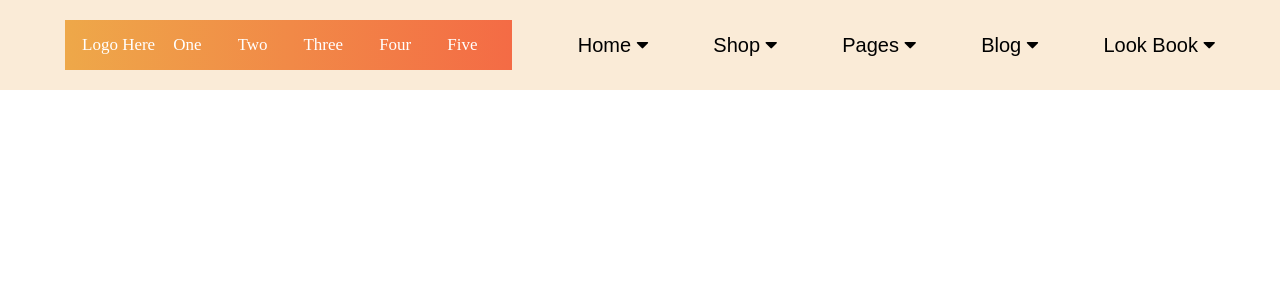
Repository: MorgunovaAlexandra/beauti
Page: index.html
The author's editor kept a copy of each file at every save. The page is drawn from the files as they stood at one save, then again after the next save.
The browser window is 1280 px wide. The pictures show the whole page.

Above is the page before, as saved 2022-08-24 13:55:33.

### index.html
<!DOCTYPE html>
<html lang="en">
<head>
    <meta charset="UTF-8">
    <meta http-equiv="X-UA-Compatible" content="IE=edge">
    <meta name="viewport" content="width=device-width, initial-scale=1.0">
    <link rel="stylesheet" href="./style.css">
    <link rel="stylesheet" href="https://cdnjs.cloudflare.com/ajax/libs/font-awesome/4.7.0/css/font-awesome.min.css">
    <title>Document</title>
</head>
<body>
    <div class="wrapper">
        <header class="header">
            <div class="header-container _container">
            <nav class="header-nav">
                 <section class="top-nav">
    <div>
      Logo Here
    </div>
    <input id="menu-toggle" type="checkbox" />
    <label class='menu-button-container' for="menu-toggle">
    <div class='menu-button'></div>
  </label>
    <ul class="menu">
      <li>One</li>
      <li>Two</li>
      <li>Three</li>
      <li>Four</li>
      <li>Five</li>
    </ul>
  </section>
                <div class="dropdown">
                    <button class="dropbtn">Home
                      <i class="fa fa-caret-down faa"></i>
                    </button>
                    <div class="dropdown-content">
                      <a href="#">Link 1</a>
                      <a href="#">Link 2</a>
                      <a href="#">Link 3</a>
                    </div>
                  </div>
                  <div class="dropdown">
                    <button class="dropbtn">Shop
                      <i class="fa fa-caret-down faa"></i>
                    </button>
                    <div class="dropdown-content">
                      <a href="#">Link 1</a>
                      <a href="#">Link 2</a>
                      <a href="#">Link 3</a>
                      <a href="#">Link 1</a>
                      <a href="#">Link 2</a>
                      <a href="#">Link 3</a>
                    </div>
                  </div>
                  <div class="dropdown">
                    <button class="dropbtn">Pages
                      <i class="fa fa-caret-down faa"></i>
                    </button>
                    <div class="dropdown-content">
                      <a href="#">Link 1</a>
                      <a href="#">Link 2</a>
                      <a href="#">Link 3</a>
                    </div>
                  </div>
                  <div class="dropdown">
                    <button class="dropbtn">Blog
                      <i class="fa fa-caret-down faa"></i>
                    </button>
                    <div class="dropdown-content">
                      <a href="#">Link 1</a>
                      <a href="#">Link 2</a>
                      <a href="#">Link 3</a>
                    </div>
                  </div>
                  <div class="dropdown">
                    <button class="dropbtn">Look Book
                      <i class="fa fa-caret-down faa"></i>
                    </button>
                    <div class="dropdown-content">
                      <a href="#">Link 1</a>
                      <a href="#">Link 2</a>
                      <a href="#">Link 3</a>
                    </div>
                  </div>
            </nav>
            </div>
        </header>
    </div>
</body>
</html>

### style.css
* {
	margin: 0;
	padding: 0;
	border: 0;
	box-sizing: border-box;
}
:before,:after{
	padding: 0;
	margin: 0;
	border: 0;
	box-sizing: border-box;
}
html,body{
	height: 100%;
    font-family: 'SofiaProRegular';
	font-size: 18px;
	font-weight: 400;
}

.wrapper{
	width: 100%;
	overflow: hidden;

}
._container{
	max-width: 1170px;
	margin: 0px auto;
	padding: 0px 10px;
}
._container{
	max-width: 1170px;
	margin: 0px auto;
	padding: 0px 10px;
}
/*--------------------------*/
.header {
	font-family: 'TTCommons-Medium';
	position: absolute;/*---------изменено-----------------*/
	width: 100%;
	top: 0;
	left: 0;
	z-index: 50;
	font-size: 17px;
    height: 90px;
    background-color: antiquewhite;

}
.menu-list{
    display: flex;
    justify-content: center;
    align-items: center;
    height: 90px;

}

a{
   position: relative;
    text-decoration: none;
    color:rgb(37, 37, 37);
    margin-left: 40px;
}
.header-nav{
    display: flex;
    justify-content: space-between;
    align-items: center;
    height: 90px;
}
.faa:hover{
    animation: move .3s ease-in;
    transform: rotate(180deg) scaleX(-1);
}
@keyframes move {
    from {
        transform: rotate(0deg) scaleX(-1);

    }
    50% {transform: rotate(90deg) scaleX(-1);}
    to {
        transform: rotate(180deg) scaleX(-1);
    }
  }
.dropbtn{
    font-size: 20px;
    background-color: rgb(156, 153, 153,0) ;
}
.dropdown-content{
    display: none;
    position: absolute;
    background-color: #f9f9f9;
    min-width: 160px;
    z-index: 1;
}
.dropdown-content a {
    float: none;
    color: rgb(156, 153, 153);
    padding: 12px 16px;
    text-decoration: none;
    display: block;
    text-align: left;
}
.dropdown-content a:hover {
    color: rgb(67, 66, 66);
}

.dropdown:hover .dropdown-content {
    display: block;
}
/*=======humburger=======*/
.top-nav {
    display: flex;
    flex-direction: row;
    align-items: center;
    justify-content: space-between;
    background-color: #00BAF0;
    background: linear-gradient(to left, #f46b45, #eea849);
    /* W3C, IE 10+/ Edge, Firefox 16+, Chrome 26+, Opera 12+, Safari 7+ */
    color: #FFF;
    height: 50px;
    padding: 1em;
  }

  .menu {
    display: flex;
    flex-direction: row;
    list-style-type: none;
    margin: 0;
    padding: 0;
  }

  .menu > li {
    margin: 0 1rem;
    overflow: hidden;
  }

  .menu-button-container {
    display: none;
    height: 100%;
    width: 30px;
    cursor: pointer;
    flex-direction: column;
    justify-content: center;
    align-items: center;
  }

  #menu-toggle {
    display: none;
  }

  .menu-button,
  .menu-button::before,
  .menu-button::after {
    display: block;
    background-color: #fff;
    position: absolute;
    height: 4px;
    width: 30px;
    transition: transform 400ms cubic-bezier(0.23, 1, 0.32, 1);
    border-radius: 2px;
  }

  .menu-button::before {
    content: '';
    margin-top: -8px;
  }

  .menu-button::after {
    content: '';
    margin-top: 8px;
  }

  #menu-toggle:checked + .menu-button-container .menu-button::before {
    margin-top: 0px;
    transform: rotate(405deg);
  }

  #menu-toggle:checked + .menu-button-container .menu-button {
    background: rgba(255, 255, 255, 0);
  }

  #menu-toggle:checked + .menu-button-container .menu-button::after {
    margin-top: 0px;
    transform: rotate(-405deg);
  }

  @media (max-width: 700px) {
    .menu-button-container {
      display: flex;
    }
    .menu {
      position: absolute;
      top: 0;
      margin-top: 50px;
      left: 0;
      flex-direction: column;
      width: 100%;
      justify-content: center;
      align-items: center;
    }
    #menu-toggle ~ .menu li {
      height: 0;
      margin: 0;
      padding: 0;
      border: 0;
      transition: height 400ms cubic-bezier(0.23, 1, 0.32, 1);
    }
    #menu-toggle:checked ~ .menu li {
      border: 1px solid #333;
      height: 2.5em;
      padding: 0.5em;
      transition: height 400ms cubic-bezier(0.23, 1, 0.32, 1);
    }
    .menu > li {
      display: flex;
      justify-content: center;
      margin: 0;
      padding: 0.5em 0;
      width: 100%;
      color: white;
      background-color: #222;
    }
    .menu > li:not(:last-child) {
      border-bottom: 1px solid #444;
    }
  }

After the next save:
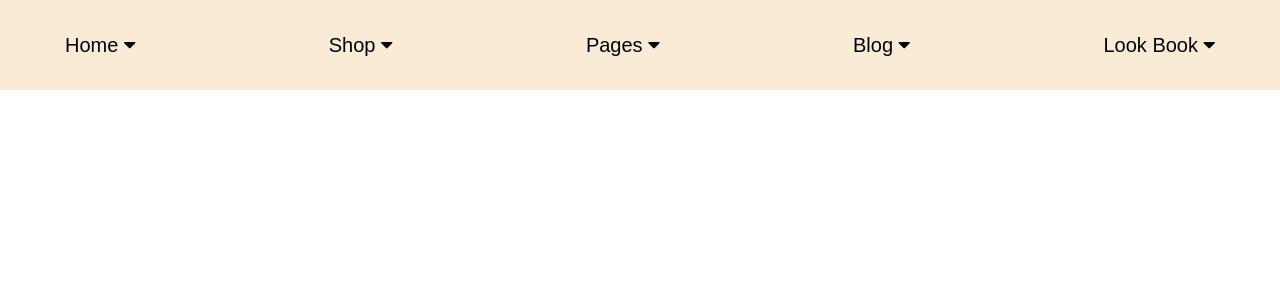
Saved 4 s later.
--- a/index.html
+++ b/index.html
@@ -13,22 +13,7 @@
         <header class="header">
             <div class="header-container _container">
             <nav class="header-nav">
-                 <section class="top-nav">
-    <div>
-      Logo Here
-    </div>
-    <input id="menu-toggle" type="checkbox" />
-    <label class='menu-button-container' for="menu-toggle">
-    <div class='menu-button'></div>
-  </label>
-    <ul class="menu">
-      <li>One</li>
-      <li>Two</li>
-      <li>Three</li>
-      <li>Four</li>
-      <li>Five</li>
-    </ul>
-  </section>
+
                 <div class="dropdown">
                     <button class="dropbtn">Home
                       <i class="fa fa-caret-down faa"></i>
